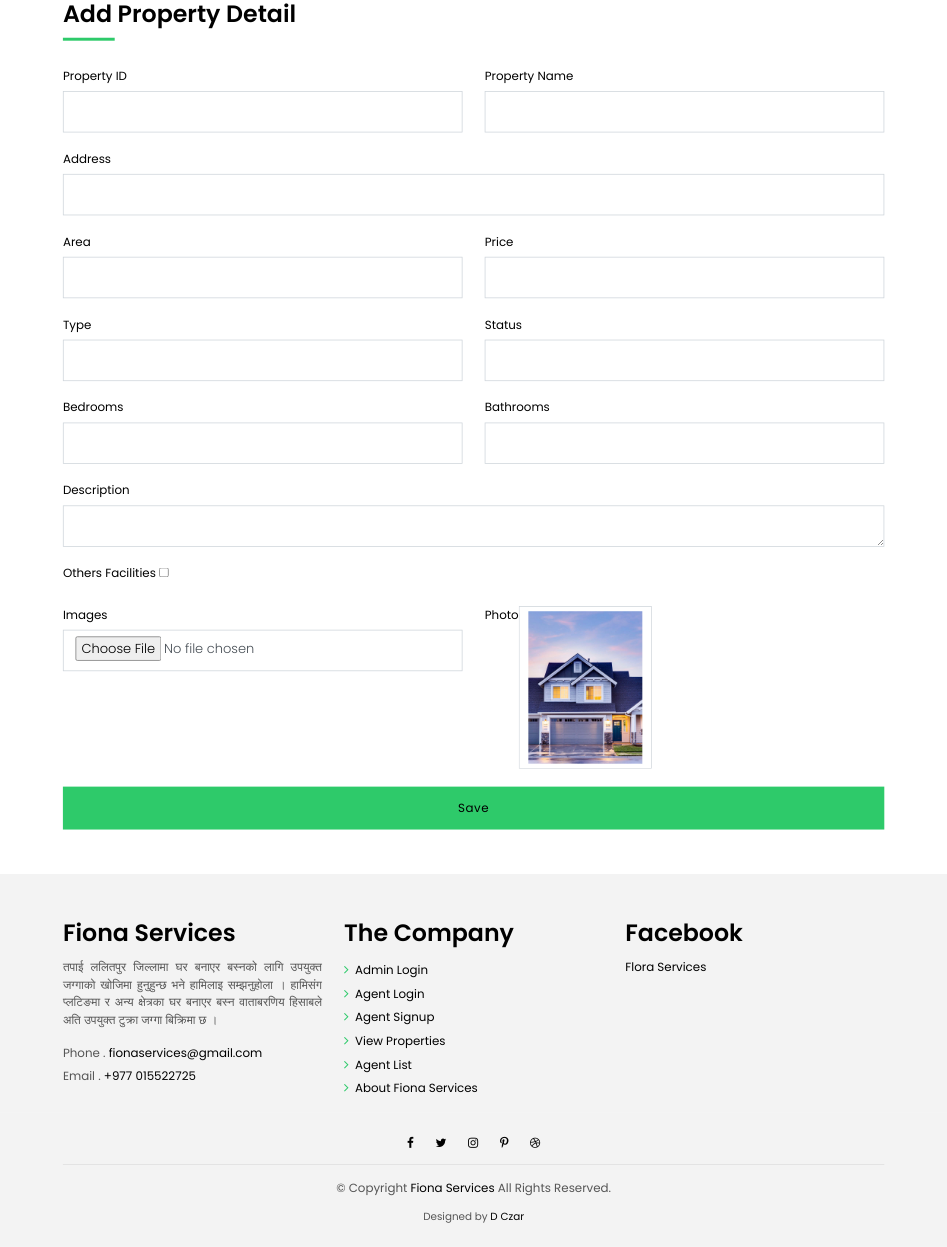
Repository: Sjuicyy/realstate
Page: Add-Property.html
An editor plug-in stored every save of this project. The page is shown before and after the next save, followed by the edit.
The browser window is 1280 px wide. The pictures show the whole page, at 74% of full size.

Above is the page before, as saved 2022-10-13 16:02:04.

### Add-Property.html
<!DOCTYPE html>
<html lang="en">

<head>
  <meta charset="utf-8">
  <title>Fiona Services</title>
  <meta content="width=device-width, initial-scale=1.0" name="viewport">
  <meta content="" name="keywords">
  <meta content="" name="description">

  <!-- Favicons -->
  <link href="img/favicon.png" rel="icon">
  <link href="img/apple-touch-icon.png" rel="apple-touch-icon">

  <!-- Google Fonts -->
  <link href="https://fonts.googleapis.com/css?family=Poppins:300,400,500,600,700" rel="stylesheet">

  <!-- Bootstrap CSS File -->
  <link href="lib/bootstrap/css/bootstrap.min.css" rel="stylesheet">

  <!-- Libraries CSS Files -->
  <link href="lib/font-awesome/css/font-awesome.min.css" rel="stylesheet">
  <link href="lib/animate/animate.min.css" rel="stylesheet">
  <link href="lib/ionicons/css/ionicons.min.css" rel="stylesheet">
  <link href="lib/owlcarousel/assets/owl.carousel.min.css" rel="stylesheet">

  <!-- Main Stylesheet File -->
  <link href="css/style.css" rel="stylesheet">

  <!-- =======================================================
    Theme Name: EstateAgency
    Theme URL: https://bootstrapmade.com/real-estate-agency-bootstrap-template/
    Author: BootstrapMade.com
    License: https://bootstrapmade.com/license/
  ======================================================= -->
</head>
<div id="fb-root"></div>
<script async defer crossorigin="anonymous" src="https://connect.facebook.net/en_US/sdk.js#xfbml=1&version=v14.0"
  nonce="0jwGYLXn"></script>

<body>
  <!-- / Form Search End /-->

  <!--/ Nav Star /-->
  <!-- <nav class="navbar navbar-default navbar-trans navbar-expand-lg fixed-top">
    <div class="container">
      <button class="navbar-toggler collapsed" type="button" data-toggle="collapse" data-target="#navbarDefault"
        aria-controls="navbarDefault" aria-expanded="false" aria-label="Toggle navigation">
      </button>
      <a class="navbar-brand text-brand" href="index.php">Fiona<span class="color-b"> Services</span></a>
      <button type="button" class="btn btn-link nav-search navbar-toggle-box-collapse d-md-none" data-toggle="collapse"
        data-target="#navbarTogglerDemo01" aria-expanded="false" title="Agent Space">

      </button>
      <div class="navbar-collapse collapse justify-content-center" id="navbarDefault">
        <ul class="navbar-nav">
          <li class="nav-item">
            <a class="nav-link active" href="index.php">Home</a>
          </li>
          <li class="nav-item">
            <a class="nav-link" href="about.php">About Us</a>
          </li>
          <li class="nav-item dropdown">
            <a class="nav-link dropdown-toggle" href="#" id="navbarDropdown" role="button" data-toggle="dropdown"
              aria-haspopup="true" aria-expanded="false">
              Property
            </a>
            <div class="dropdown-menu" aria-labelledby="navbarDropdown">
              <a class="dropdown-item" href="property-single.php">Property Single</a>
              <a class="dropdown-item" href="property-grid.php">Property List</a>
            </div>
          </li>
          <li class="nav-item">
            <a class="nav-link" href="Login.php">Login</a>
          </li>
          <li class="nav-item">
            <a class="nav-link" href="contact.php">Contact</a>
          </li>
        </ul>
      </div>
      <button type="button" class="btn btn-b-n navbar-toggle-box-collapse d-none d-md-block" data-toggle="collapse"
        data-target="#navbarTogglerDemo01" aria-expanded="false" title="Agent Space">
      </button>
    </div>
  </nav> -->
  <!--/ Nav End /-->











  <div class="container">
    <div class="title-box-d">
      <h3 class="title-d margin-auto">Add Property Detail</h3>
    </div>
    <div class=" form">
      <div id="modal2">
        <form class="form-a" action="agentsave.php" method="POST" enctype="multipart/form-data">
          <div class="row">





            <div class="col-md-6 mb-2">
              <div class="form-group">
                <label for="city">Property ID</label>
                <input type="number" class="form-control form-control-lg form-control-a" name="Phone">
              </div>
            </div>
            <div class="col-md-6 mb-2">
              <div class="form-group">
                <label for="bedrooms">Property Name</label>
                <input type="text" class="form-control form-control-lg form-control-a" name="Email">
              </div>
            </div>







            <div class="col-md-12 mb-2">
              <div class="form-group">
                <label for="Type">Address</label>
                <input type="text" class="form-control form-control-lg form-control-a" name="Name">
              </div>
            </div>
            <div class="col-md-6 mb-2">
              <div class="form-group">
                <label for="city">Area</label>
                <input type="number" class="form-control form-control-lg form-control-a" name="Phone">
              </div>
            </div>
            <div class="col-md-6 mb-2">
              <div class="form-group">
                <label for="city">Price</label>
                <input type="number" class="form-control form-control-lg form-control-a" name="Phone">
              </div>
            </div>

            <div class="col-md-6 mb-2">
              <div class="form-group">
                <label for="city">Type</label>
                <input type="text" class="form-control form-control-lg form-control-a" name="Phone">
              </div>
            </div>
            <div class="col-md-6 mb-2">
              <div class="form-group">
                <label for="bedrooms">Status</label>
                <input type="text" class="form-control form-control-lg form-control-a" name="Email">
              </div>
            </div>
            <div class="col-md-6 mb-2">
              <div class="form-group">
                <label for="bedrooms">Bedrooms</label>
                <input type="number" class="form-control form-control-lg form-control-a" name="Email">
              </div>
            </div>
            <div class="col-md-6 mb-2">
              <div class="form-group">
                <label for="city">Bathrooms</label>
                <input type="number" class="form-control form-control-lg form-control-a" name="Phone">
              </div>
            </div>









            <div class="col-md-12 mb-2">
              <div class="form-group">
                <label for="bathrooms">Description</label>
                <textarea class="form-control form-control-lg form-control-a" id="bathrooms" name="Detail">
              </textarea>
              </div>
            </div>


            <div class="col-md-12 mb-2">
              <div class="form-group">
                <label for="bathrooms">Others Facilities</label>
                <input type="checkbox" name="" id="">
              </div>
            </div>





            <div class="col-md-6 mb-2">
              <div class="form-group">
                <label for="price">Images</label>
                <input type="file" class="form-control form-control-lg form-control-a" onchange="readURL(this);"
                  name="Photo">
              </div>
            </div>
            <div class="col-md-6 mb-2">
              <div class="form-group text-center">
                <label for="price" style="float: left">Photo</label>
                <img src="img/property-2.jpg" id="blah" class="form-control"
                  style="max-width:180px;width: 100%;height: auto;" />
              </div>
            </div>
            <div class="col-md-12">
              <button type="submit" name="submit" class="btn btn-b" style="width: 100%;">Save</button>
            </div>
          </div>
        </form>
      </div>

    </div>

  </div>
















  <!--/ footer Star /-->
  <section class="section-footer">
    <div class="container">
      <div class="row">
        <div class="col-sm-12 col-md-4">
          <div class="widget-a">
            <div class="w-header-a">
              <h3 class="w-title-a text-brand">Fiona Services</h3>
            </div>
            <div class="w-body-a">
              <p class="w-text-a color-text-a" align="justify">
                तपाई ललितपुर जिल्लामा घर बनाएर बस्नको लागि उपयुक्त जग्गाको खोजिमा हुनुहुन्छ भने हामिलाइ सम्झनुहोला ।
                हामिसंग प्लटिङमा र अन्य क्षेत्रका घर बनाएर बस्न वाताबरणिय हिसाबले अति उपयुक्त टुक्रा जग्गा बिक्रिमा छ
                ।
              </p>
            </div>
            <div class="w-footer-a">
              <ul class="list-unstyled">
                <li class="color-a">
                  <span class="color-text-a">Phone .</span> fionaservices@gmail.com
                </li>
                <li class="color-a">
                  <span class="color-text-a">Email .</span> +977 015522725
                </li>
              </ul>
            </div>
          </div>
        </div>
        <div class="col-sm-12 col-md-4 section-md-t3">
          <div class="widget-a">
            <div class="w-header-a">
              <h3 class="w-title-a text-brand">The Company</h3>
            </div>
            <div class="w-body-a">
              <div class="w-body-a">
                <ul class="list-unstyled">
                  <li class="item-list-a">
                    <i class="fa fa-angle-right"></i> <a href="#">Admin Login</a>
                  </li>
                  <li class="item-list-a">
                    <i class="fa fa-angle-right"></i> <a href="#">Agent Login</a>
                  </li>
                  <li class="item-list-a">
                    <i class="fa fa-angle-right"></i> <a href="#">Agent Signup</a>
                  </li>
                  <li class="item-list-a">
                    <i class="fa fa-angle-right"></i> <a href="#">View Properties</a>
                  </li>
                  <li class="item-list-a">
                    <i class="fa fa-angle-right"></i> <a href="#">Agent List</a>
                  </li>
                  <li class="item-list-a">
                    <i class="fa fa-angle-right"></i> <a href="#">About Fiona Services</a>
                  </li>
                </ul>
              </div>
            </div>
          </div>
        </div>
        <div class="col-sm-12 col-md-4 section-md-t3">
          <div class="widget-a">
            <div class="w-header-a">
              <h3 class="w-title-a text-brand">Facebook</h3>
            </div>
            <div class="w-body-a">
              <div class="fb-page" data-href="https://www.facebook.com/floraservices2070" data-tabs="timeline"
                data-width="" data-height="110" data-small-header="false" data-adapt-container-width="true"
                data-hide-cover="false" data-show-facepile="false">
                <blockquote cite="https://www.facebook.com/floraservices2070" class="fb-xfbml-parse-ignore"><a
                    href="https://www.facebook.com/floraservices2070">Flora Services</a></blockquote>
              </div>
            </div>
          </div>
        </div>
      </div>
    </div>
  </section>
  <footer>
    <div class="container">
      <div class="row">
        <div class="col-md-12">

          <div class="socials-a">
            <ul class="list-inline">
              <li class="list-inline-item">
                <a href="#">
                  <i class="fa fa-facebook" aria-hidden="true"></i>
                </a>
              </li>
              <li class="list-inline-item">
                <a href="#">
                  <i class="fa fa-twitter" aria-hidden="true"></i>
                </a>
              </li>
              <li class="list-inline-item">
                <a href="#">
                  <i class="fa fa-instagram" aria-hidden="true"></i>
                </a>
              </li>
              <li class="list-inline-item">
                <a href="#">
                  <i class="fa fa-pinterest-p" aria-hidden="true"></i>
                </a>
              </li>
              <li class="list-inline-item">
                <a href="#">
                  <i class="fa fa-dribbble" aria-hidden="true"></i>
                </a>
              </li>
            </ul>
          </div>
          <div class="copyright-footer">
            <p class="copyright color-text-a">
              &copy; Copyright
              <span class="color-a">Fiona Services</span> All Rights Reserved.
            </p>
          </div>
          <div class="credits">

            Designed by <a href="https://pritambajagain.com.np/">D Czar</a>
          </div>
        </div>
      </div>
    </div>
  </footer>
  <!--/ Footer End /-->

  <a href="#" class="back-to-top"><i class="fa fa-chevron-up"></i></a>
  <div id="preloader"></div>

  <!-- JavaScript Libraries -->
  <script>
    function readURL(input) {
      if (input.files && input.files[0]) {
        var reader = new FileReader();

        reader.onload = function (e) {
          $('#blah')
            .attr('src', e.target.result);
        };

        reader.readAsDataURL(input.files[0]);
      }
    }
  </script>
  <script src="lib/jquery/jquery.min.js"></script>
  <script src="lib/jquery/jquery-migrate.min.js"></script>
  <script src="lib/popper/popper.min.js"></script>
  <script src="lib/bootstrap/js/bootstrap.min.js"></script>
  <script src="lib/easing/easing.min.js"></script>
  <script src="lib/owlcarousel/owl.carousel.min.js"></script>
  <script src="lib/scrollreveal/scrollreveal.min.js"></script>
  <!-- Contact Form JavaScript File -->
  <script src="contactform/contactform.js"></script>

  <!-- Template Main Javascript File -->
  <script src="js/main.js"></script>

</body>

</html>

Loaded but not shown: lib/bootstrap/css/bootstrap.min.css (library); lib/font-awesome/css/font-awesome.min.css (library); lib/animate/animate.min.css (library); lib/ionicons/css/ionicons.min.css (library); lib/owlcarousel/assets/owl.carousel.min.css (library); lib/jquery/jquery.min.js (library); lib/jquery/jquery-migrate.min.js (library); lib/popper/popper.min.js (library); lib/bootstrap/js/bootstrap.min.js (library); lib/easing/easing.min.js (common file); lib/owlcarousel/owl.carousel.min.js (library); lib/scrollreveal/scrollreveal.min.js (library); js/main.js (150 lines, source omitted); contactform/contactform.js (118 lines, source omitted); css/style.css (2025 lines, source omitted)

After the next save:
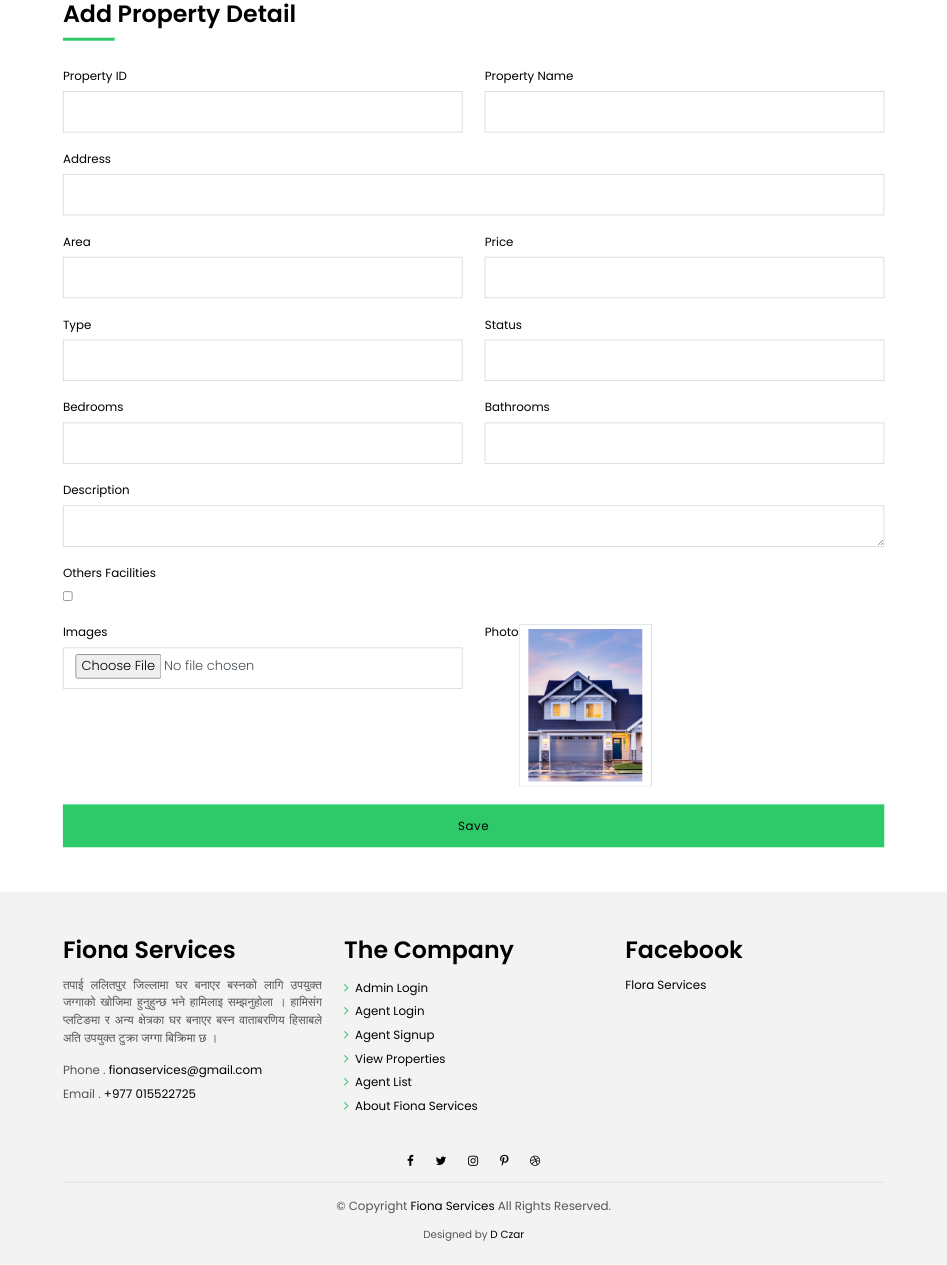
Saved 6 s later.
--- a/Add-Property.html
+++ b/Add-Property.html
@@ -190,7 +190,7 @@
 
             <div class="col-md-12 mb-2">
               <div class="form-group">
-                <label for="bathrooms">Others Facilities</label>
+                <label for="bathrooms">Others Facilities</label> <br>
                 <input type="checkbox" name="" id="">
               </div>
             </div>
